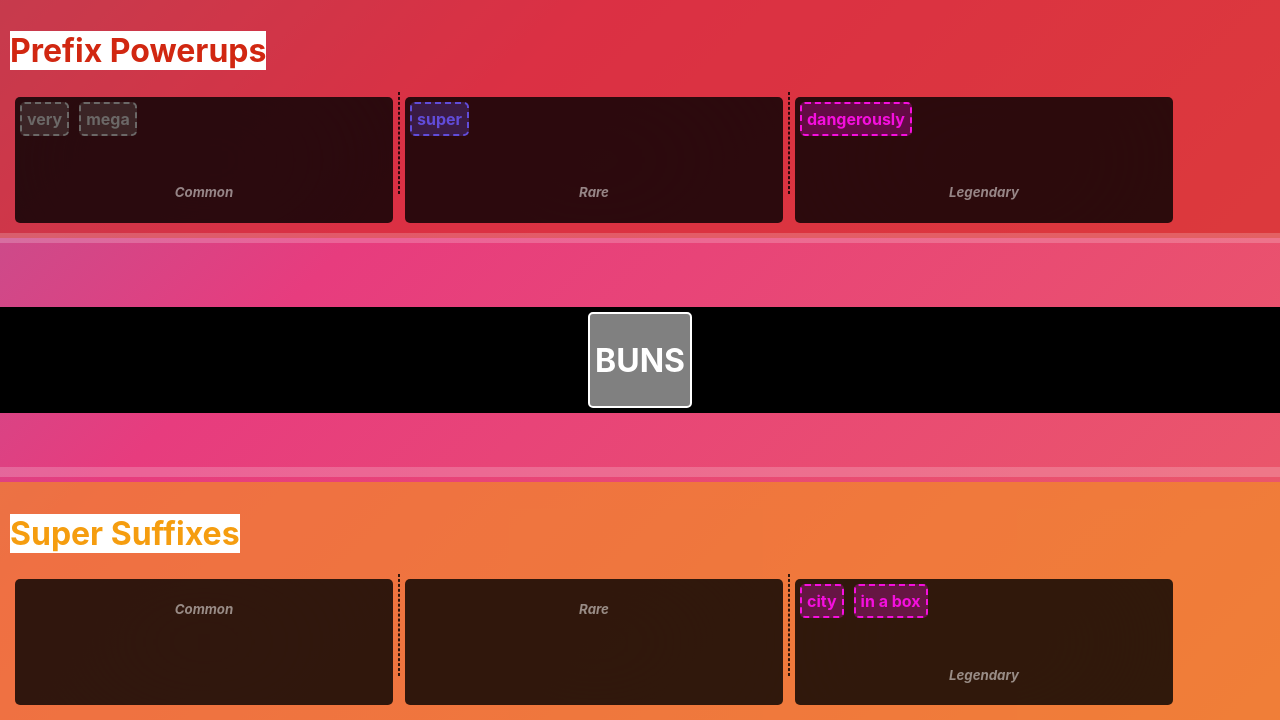
Repository: bsalgado98/buns-inator
Page: /
An editor plug-in stored every save of this project. The page is shown before and after a run of saves, followed by the edit.
The browser window is 1280 px wide. The pictures show the whole page.
The project was rebuilt for these pictures with package versions that can differ from the ones it lists, and the page was loaded fresh each time.

Above is the page before, as saved 2022-04-25 23:48:11.

After the next 2 saves:
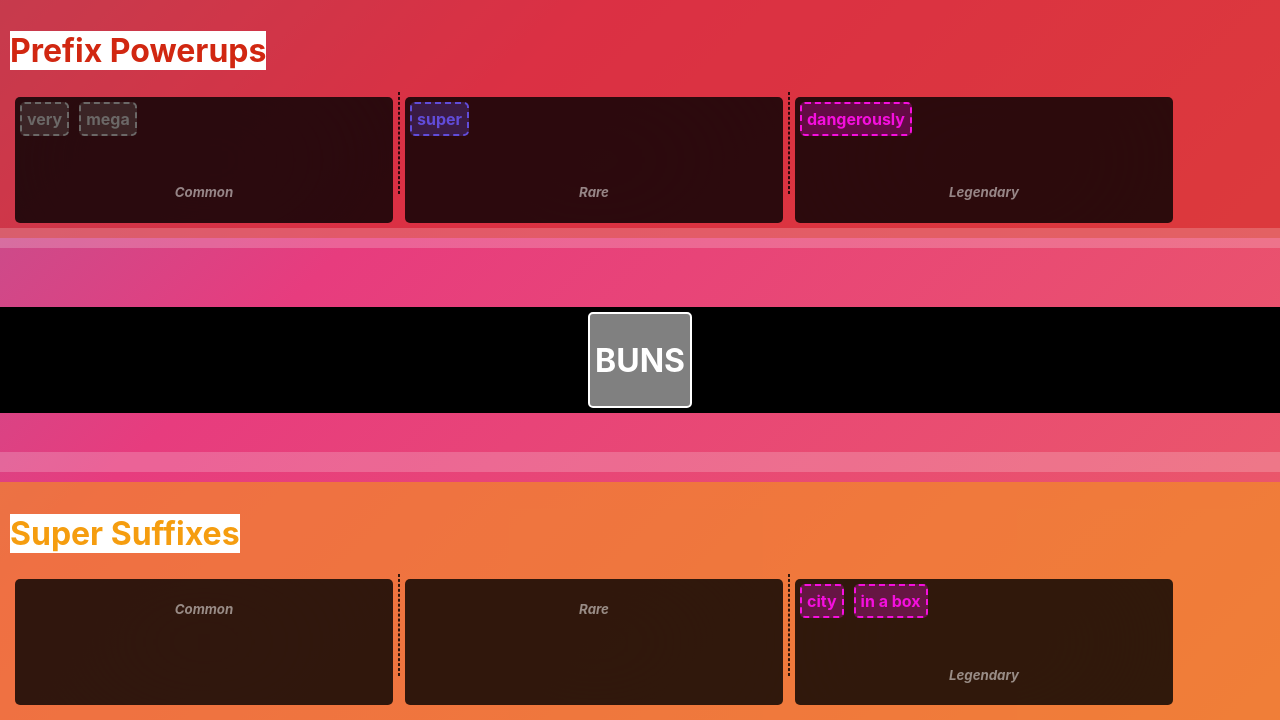
The 2 saves are shown as one change because they came seconds apart.
The last was saved 9 s later.
--- a/src/App.css
+++ b/src/App.css
@@ -33,10 +33,10 @@
 
 .divider {
     width: 100vw;
-    height: 10px;
+    height: 20px;
     background: rgba(255, 255, 255, 0.2);
     position: relative;
-    top: -5px;
+    top: -10px;
 }
 
 /* .divider::after {
